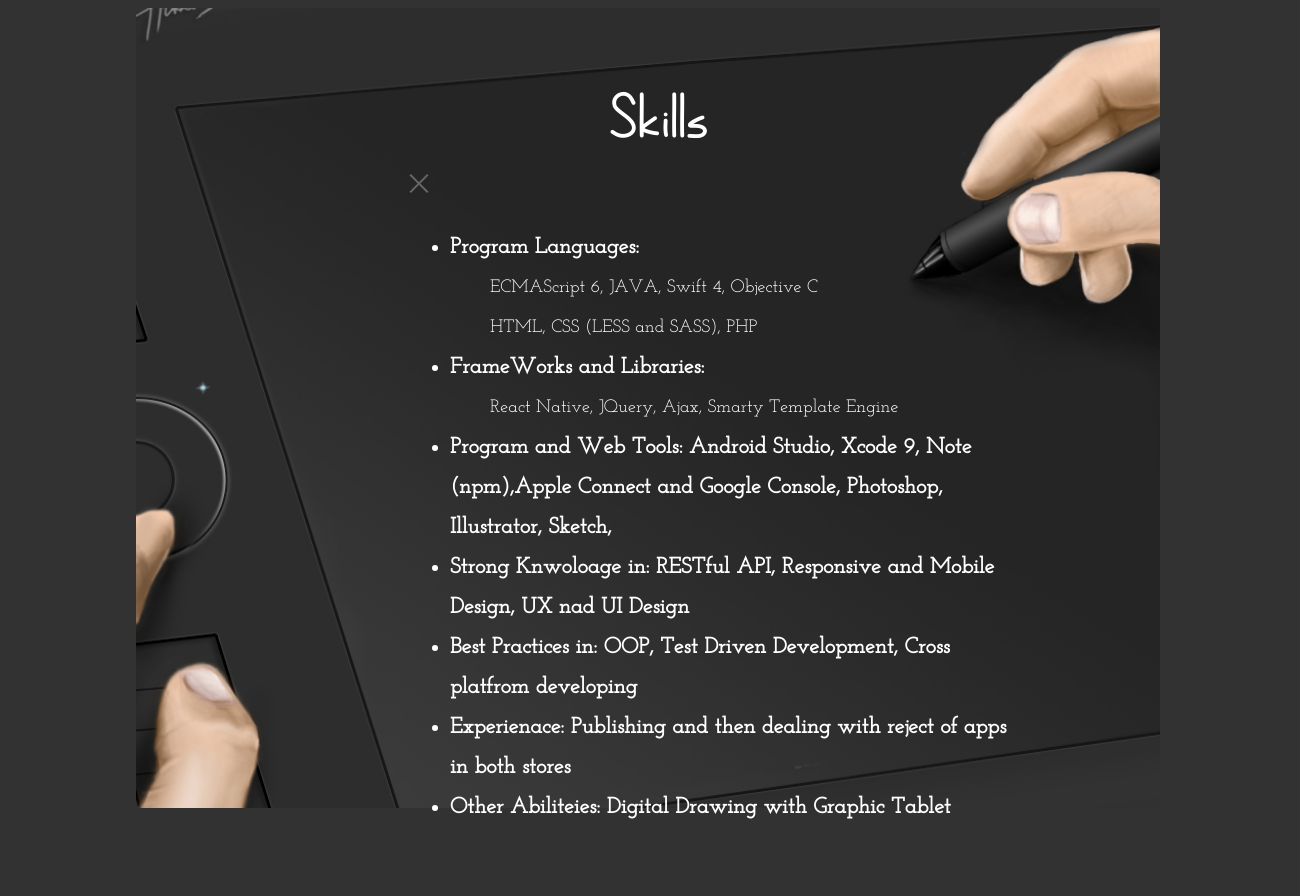
Repository: nikichanko/cv
Page: index.html
These files come from the project's save history. The page is drawn as it stood at one moment and after the next save; the edit follows.
The browser window is 1280 px wide. The page is 1300 px wide, so the pictures cover 1300 px, including what lies to the right of the window. The pictures show the whole page.
After loading, the first visible `div.item` was clicked once.

Above is the page before, as saved 2018-08-08 23:23:45.

After the next save:
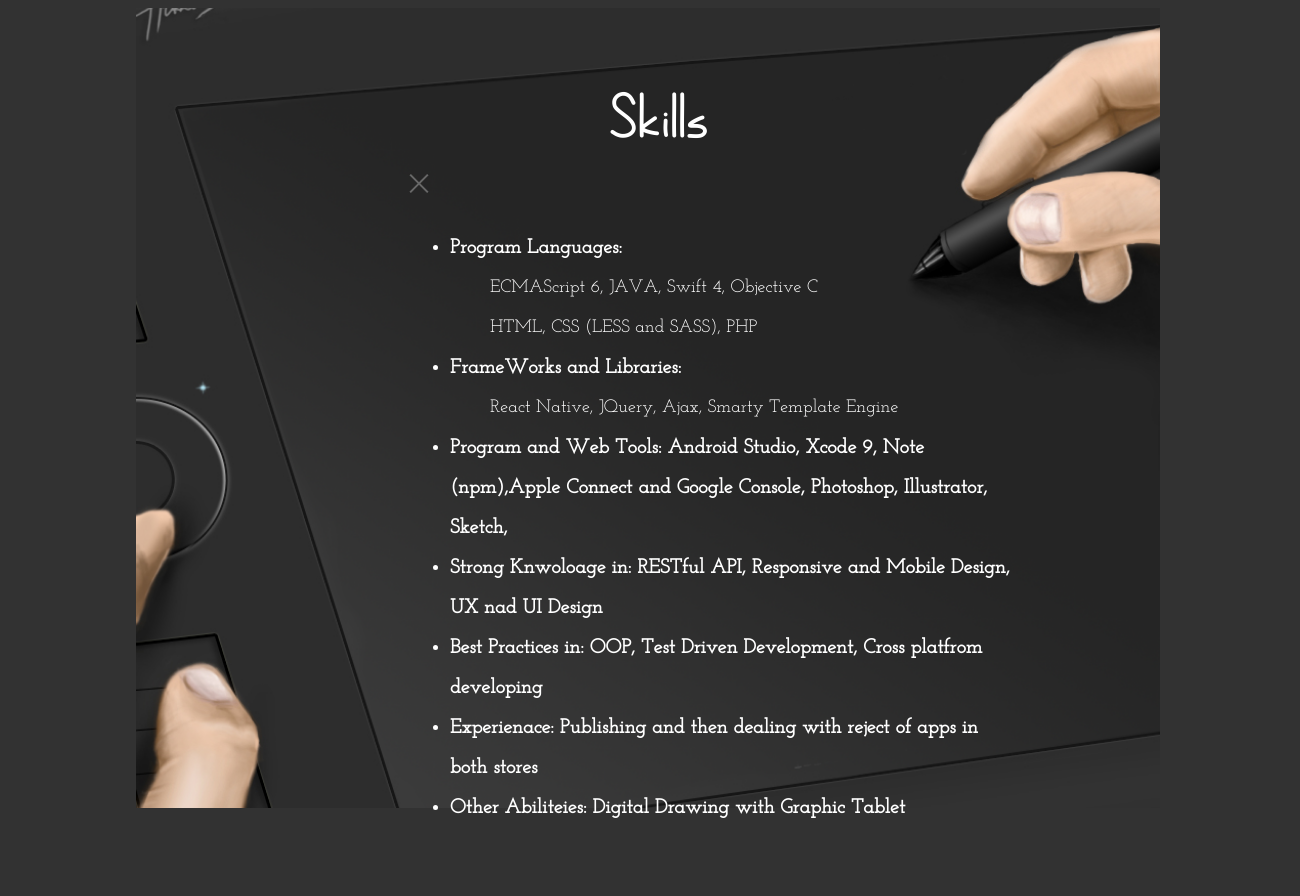
Saved 6 s later.
--- a/css/styles.css
+++ b/css/styles.css
@@ -82,7 +82,7 @@ body {
 }
 .content.skills li {
   font-weight: bold;
-  font-size: 22px;
+  font-size: 20px;
 }
 
 .item:hover {
